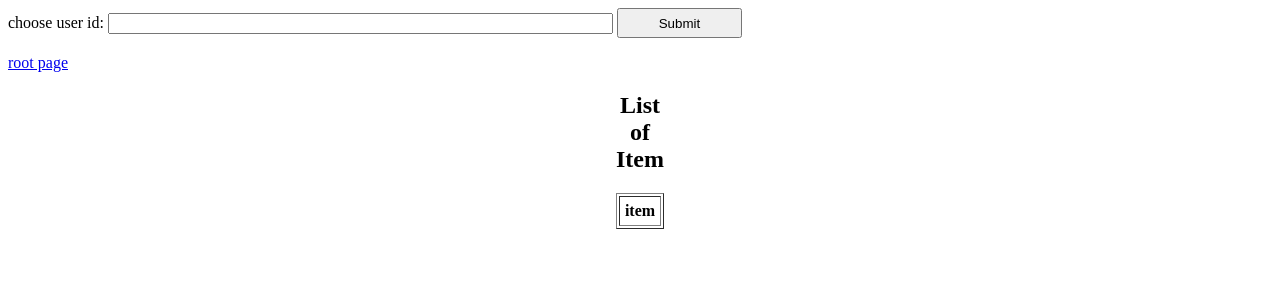
Repository: HamdanM/DatabaseProject
Page: http://localhost/DB3/Displaynum6.jsp
An editor plug-in stored every save of this project. The page is shown before and after the next save, followed by the edit.
The browser window is 1280 px wide. The pictures show the whole page.
The page is served by Tomcat 9. Nobody is signed in. The application's start-up code is not run. Other server files are loaded and not shown.

Above is the page before, as saved 2019-07-27 23:00:06.

### DB3/WebContent/Displaynum6.jsp
<%@ page language="java" contentType="text/html; charset=ISO-8859-1"
    pageEncoding="ISO-8859-1"%>
  <%@ taglib prefix="c" uri="http://java.sun.com/jsp/jstl/core" %>
<!DOCTYPE html PUBLIC "-//W3C//DTD HTML 4.01 Transitional//EN" "http://www.w3.org/TR/html4/loose.dtd">
<html>
<head>
<meta charset="UTF-8">
<title>Online Store</title>
</head>
<body>

<form action="problemsix" method="post">
        <input type="hidden" name="action"" >
        <label>choose user id: <input
                    type="text" name="userid"
                    size="60" maxlength="70" />

          <input style="height:30px;width:125px" type="submit" name="submit" value="Submit" />

            </label></p>
 </form>

<a href="root.jsp">root page</a>


  <div align="center">
        <table border="1" cellpadding="5">
            <caption><h2>List of Item</h2></caption>
            <tr>

                <th>item</th>



            </tr>
            <c:forEach var="us" items="${usersList}">
                <tr>

                    <td><c:out value="${us.getItemID()}" /></td>



                </tr>
            </c:forEach>
        </table>
    </div>

</body>
</html>

After the next save:
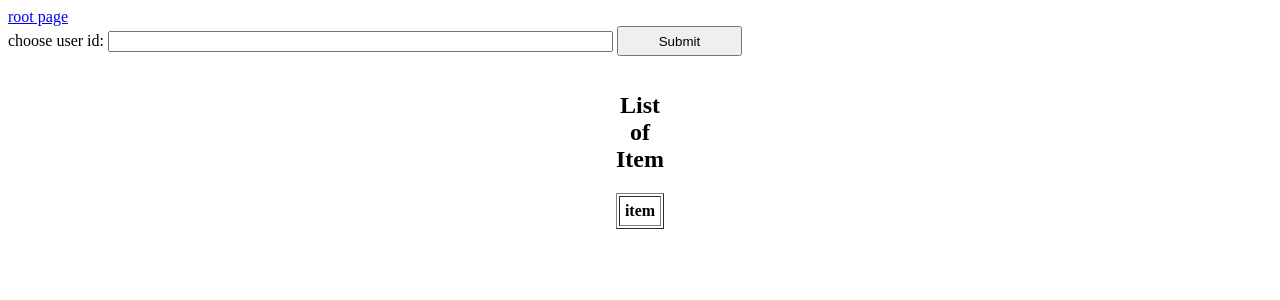
Saved 3 min 6 s later.
--- a/DB3/WebContent/Displaynum6.jsp
+++ b/DB3/WebContent/Displaynum6.jsp
@@ -8,6 +8,8 @@
 <title>Online Store</title>
 </head>
 <body>
+
+<a href="root.jsp">root page</a>
 
 <form action="problemsix" method="post">
         <input type="hidden" name="action"" >
@@ -20,7 +22,6 @@
             </label></p>
  </form>
 
-<a href="root.jsp">root page</a>
 
 
   <div align="center">
